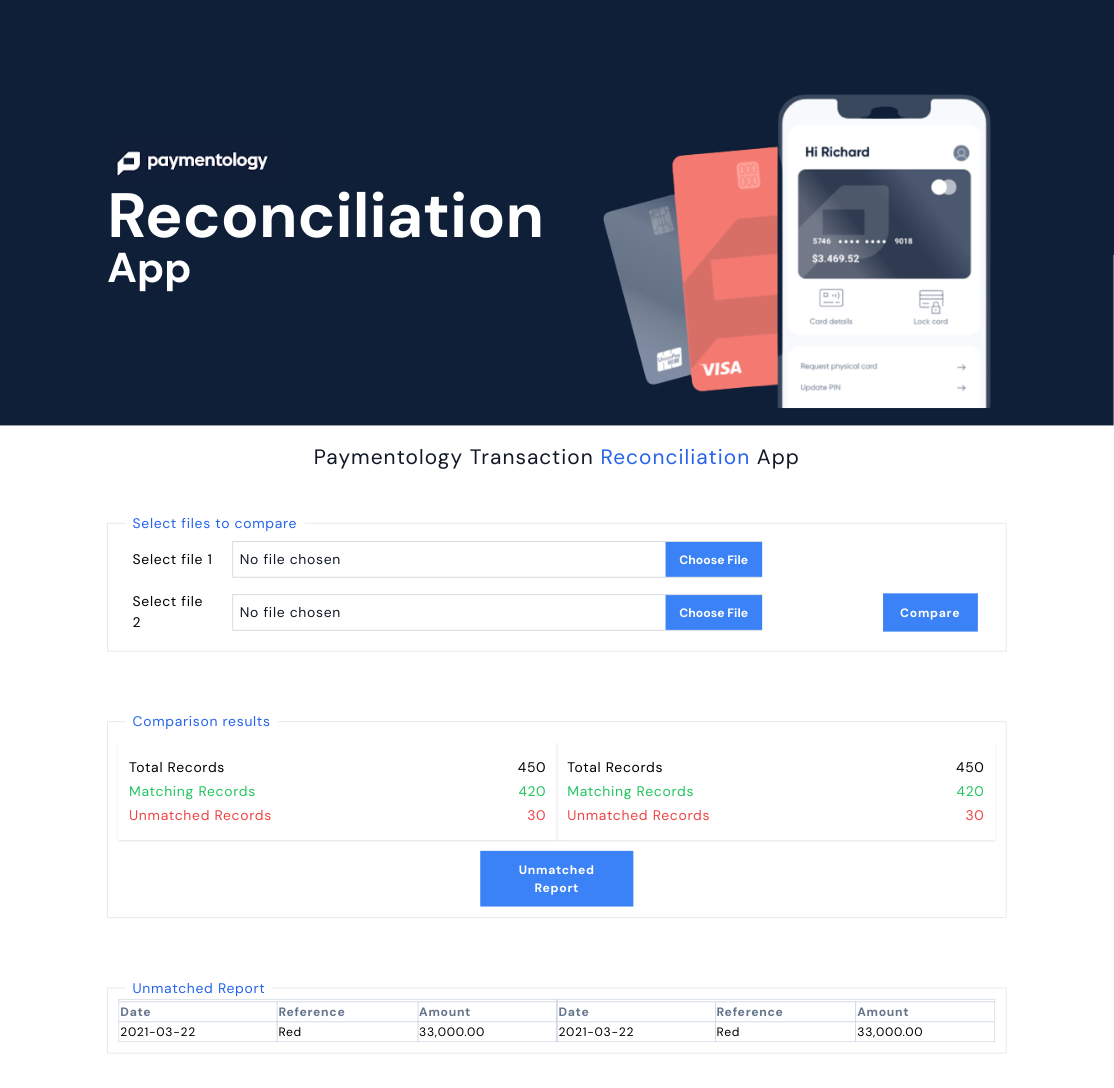
Repository: chionye/paymentology-front
Page: /
An editor plug-in stored every save of this project. The page is shown before and after the next save, followed by the edit.
The browser window is 1280 px wide. The pictures show the whole page, at 87% of full size.
The project was rebuilt for these pictures with package versions that can differ from the ones it lists, and the page was loaded fresh each time.

Above is the page before, as saved 2022-03-20 13:51:03.

After the next save:
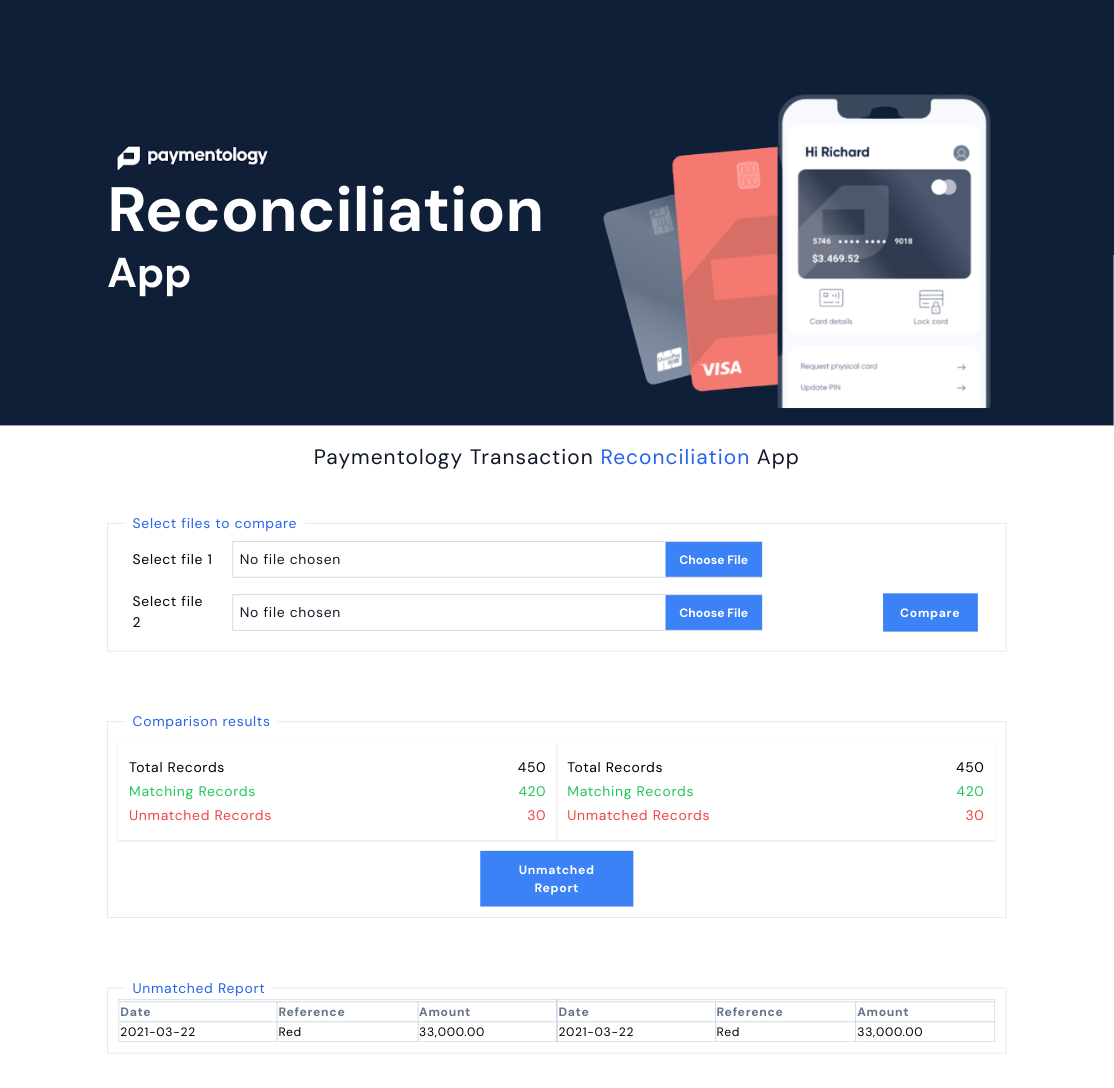
Saved 9 s later.
--- a/src/components/Banner.js
+++ b/src/components/Banner.js
@@ -12,7 +12,7 @@ const Banner = () => {
                     <div className="w-1/2 text-white  font-bold">
                         <img className="" src={Logo}  alt="Paymentology Logo"/>
                         <h1 className="text-7xl">Reconciliation </h1>
-                        <span className="text-5xl mt-3 font-bold">App</span>
+                        <h2 className="text-5xl mt-3 font-bold">App</h2>
                     </div>
                     <div className="w-1/2 ">
                         <img src={BannerImg} alt="Banner" />

After the save that followed:
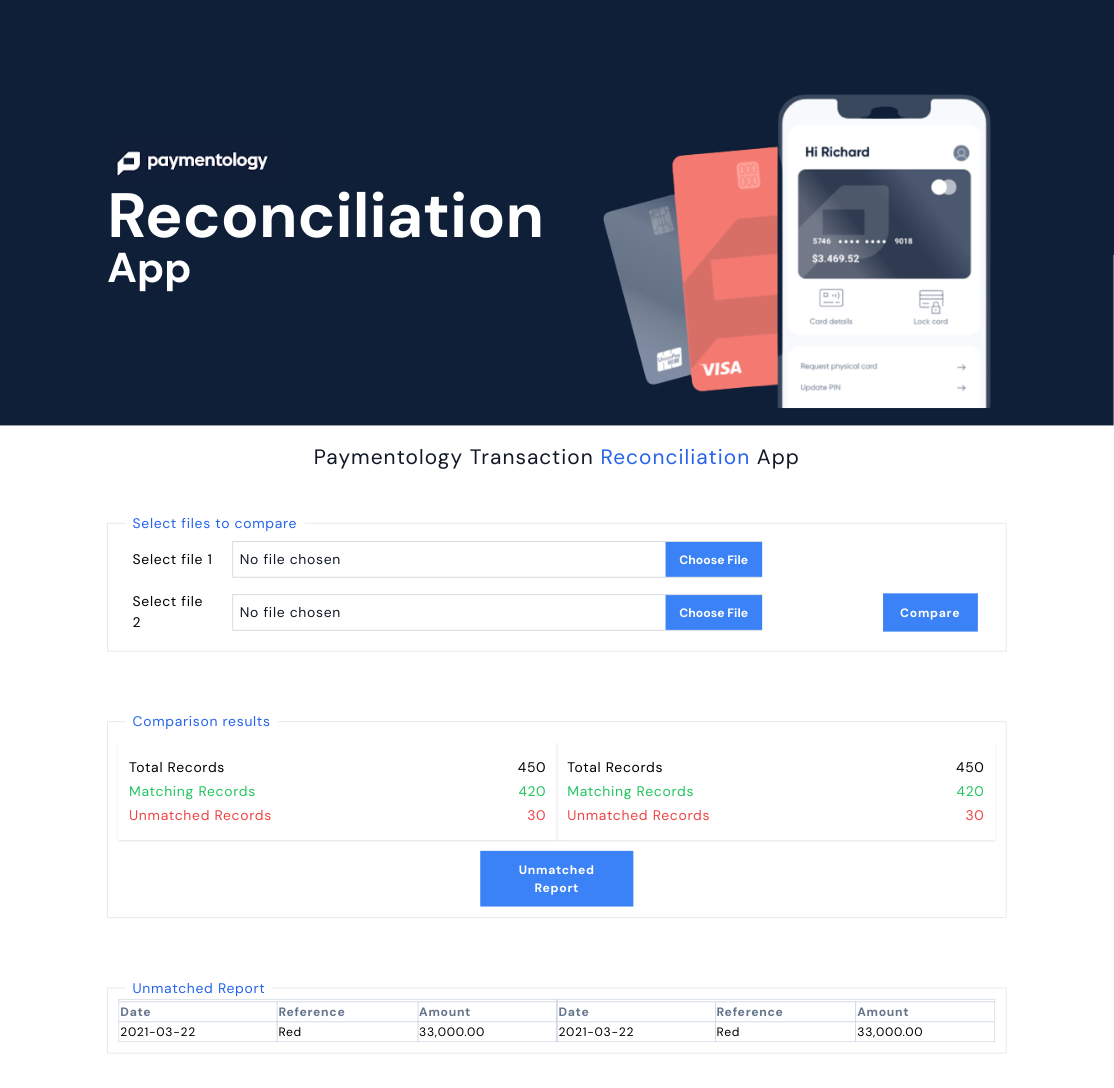
Saved 8 s later.
--- a/src/components/Banner.js
+++ b/src/components/Banner.js
@@ -12,7 +12,7 @@ const Banner = () => {
                     <div className="w-1/2 text-white  font-bold">
                         <img className="" src={Logo}  alt="Paymentology Logo"/>
                         <h1 className="text-7xl">Reconciliation </h1>
-                        <h2 className="text-5xl mt-3 font-bold">App</h2>
+                        <h2 className="text-5xl">App</h2>
                     </div>
                     <div className="w-1/2 ">
                         <img src={BannerImg} alt="Banner" />
